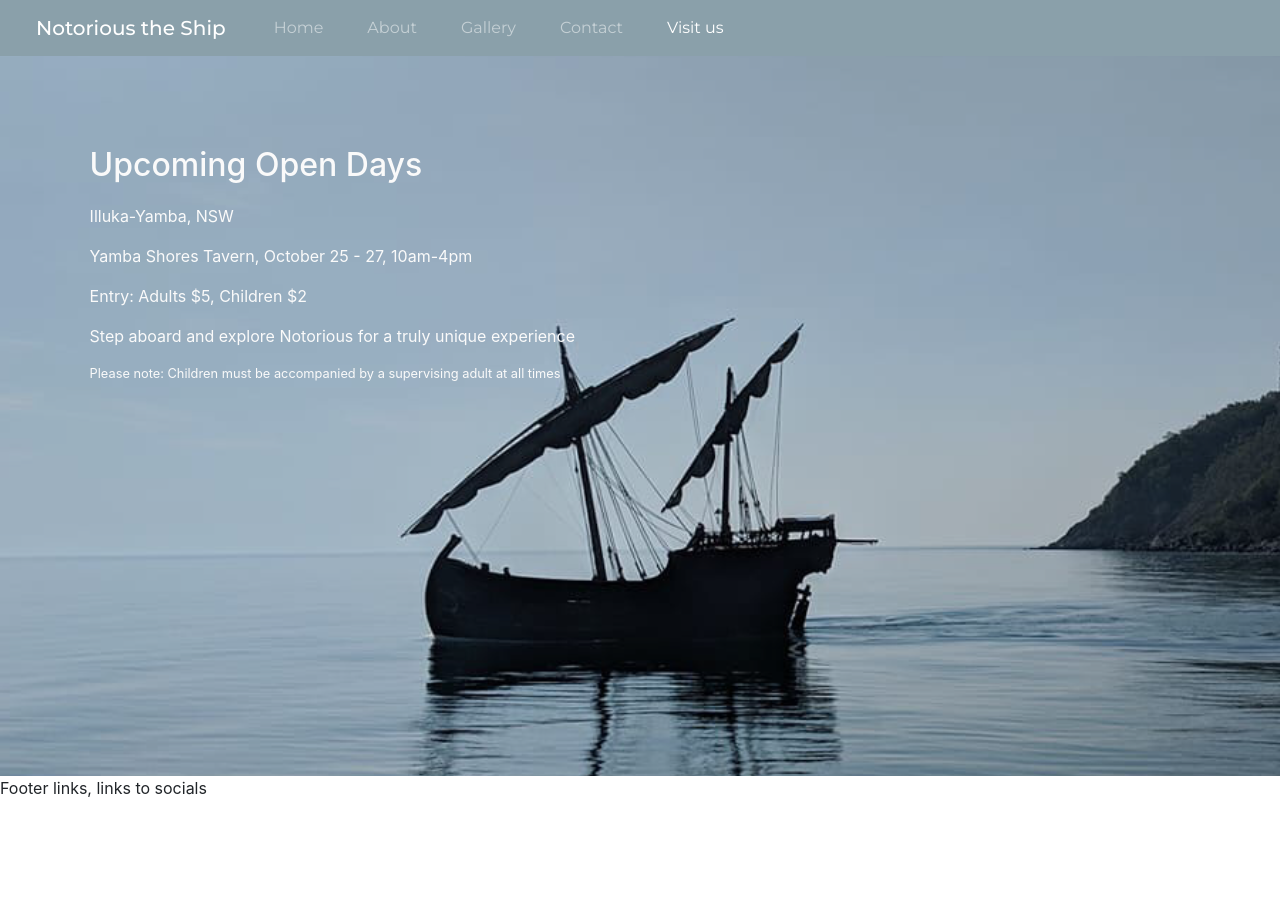
Repository: TSRose/NotorioustheShip
Page: open.html
The author's editor kept a record of every edit. The page is drawn from the files as they stood at one moment, then again after the next edit.
The browser window is 1280 px wide. The pictures show the whole page.
Backgrounds fixed to the window are drawn as part of the page.

Above is the page before.

After the next edit:
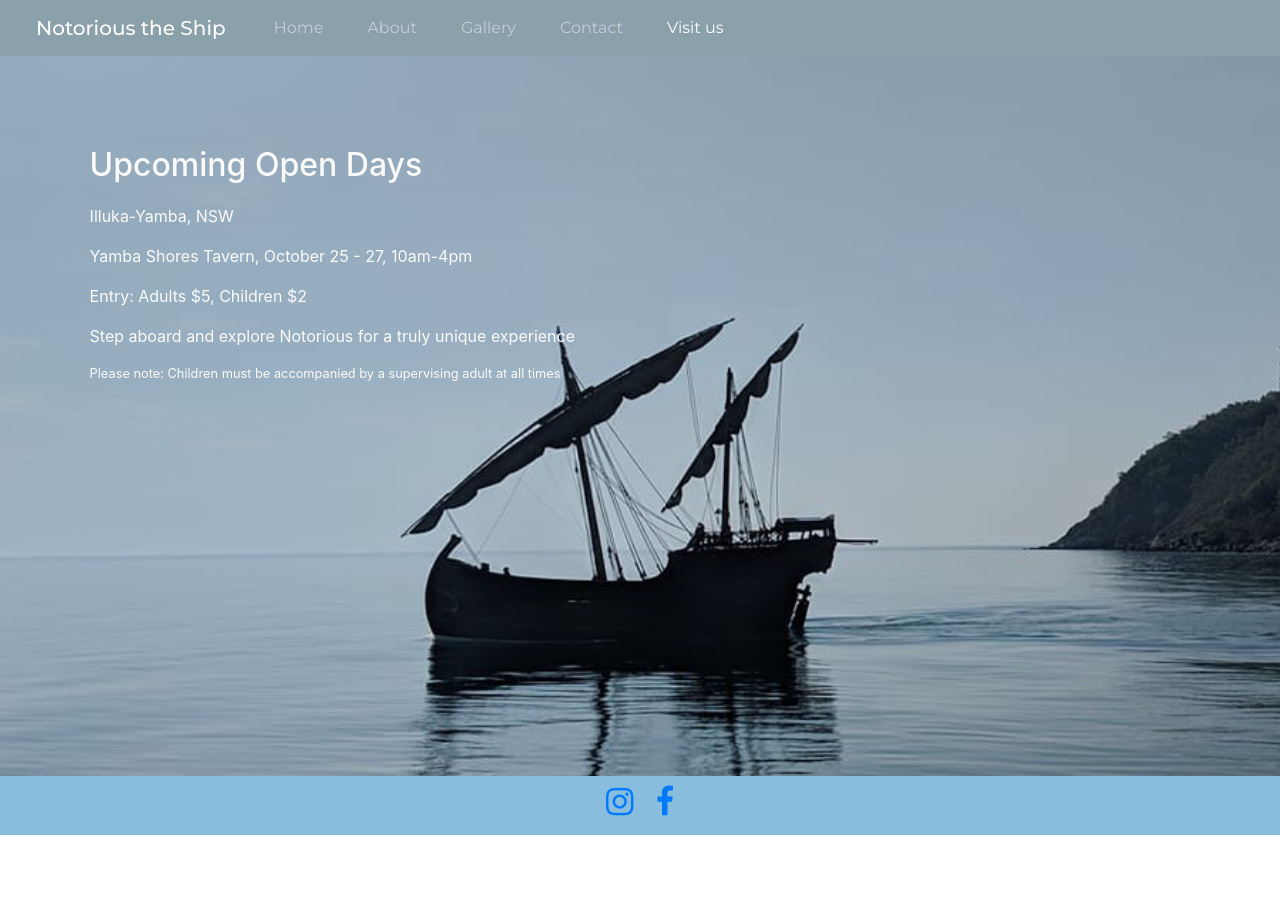
The edit:
--- a/open.html
+++ b/open.html
@@ -46,15 +46,30 @@
         </section>
     </div>
 
-
-    <footer>
-        <p>Footer links, links to socials </p>
+  <!---------------------------footer----->
+    <footer class="container-fluid footer">
+        <div id="footer-details" class="row">
+            <div class="col-12">
+                <ul class="list-inline social-links">
+                    <li class="list-inline-item">
+                        <a target="_blank" href="http://instagram.com/notoriousship">
+                        <i class="fa fa-instagram fa-2x" aria-hidden="true"></i>
+                        <span class="sr-only">Instagram</span>
+                        </a>
+                    </li>
+                    <li class="list-inline-item">
+                        <a target="_blank" href="http://facebook.com/notorioustheship">
+                        <i class="fa fa-facebook fa-2x" aria-hidden="true"></i>
+                        <span class="sr-only">Facebook</span>
+                        </a>
+                    </li>
+                </ul>
+            </div>
+        </div>
     </footer>
 
     <script src="https://code.jquery.com/jquery-3.3.1.slim.min.js" integrity="sha384-q8i/X+965DzO0rT7abK41JStQIAqVgRVzpbzo5smXKp4YfRvH+8abtTE1Pi6jizo" crossorigin="anonymous"></script>
     <script src="https://cdnjs.cloudflare.com/ajax/libs/popper.js/1.14.7/umd/popper.min.js" integrity="sha384-UO2eT0CpHqdSJQ6hJty5KVphtPhzWj9WO1clHTMGa3JDZwrnQq4sF86dIHNDz0W1" crossorigin="anonymous"></script>
     <script src="https://stackpath.bootstrapcdn.com/bootstrap/4.3.1/js/bootstrap.min.js" integrity="sha384-JjSmVgyd0p3pXB1rRibZUAYoIIy6OrQ6VrjIEaFf/nJGzIxFDsf4x0xIM+B07jRM" crossorigin="anonymous"></script>
-
 </body>
-
 </html>
